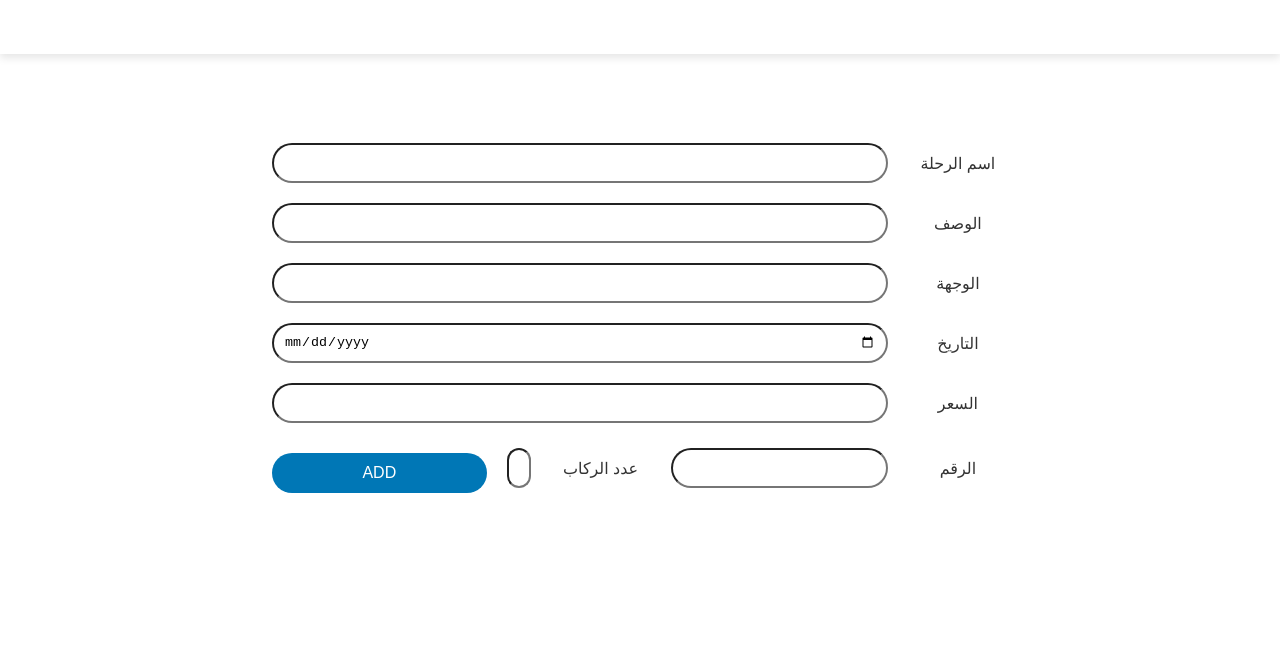
Repository: Yassin-Boushi/Safer
Page: http://localhost/add_flight
The author's editor kept a copy of each file at every save. The page is drawn from the files as they stood at one save, then again after the next save.
The browser window is 1280 px wide. The pictures show the whole page.
The page is served by the project's Laravel application, run on PHP 8.4 with Laravel 9. Other server files are loaded and not shown.

Above is the page before, as saved 2025-01-30 14:38:49.

### routes/web.php
<?php

use App\Http\Controllers\AccountController;
use App\Http\Controllers\FlightController;
use App\Http\Controllers\TicketController;
use Illuminate\Support\Facades\Route;

/*
|--------------------------------------------------------------------------
| Web Routes
|--------------------------------------------------------------------------
|
| Here is where you can register web routes for your application. These
| routes are loaded by the RouteServiceProvider within a group which
| contains the "web" middleware group. Now create something great!
|
*/

Route::get('/', function () {
    return redirect('flights');
});

Route::view('login', 'login');
Route::view('add_flight', 'flight.add');
Route::view('main', 'main');
Route::view('we', 'we');

////////////////////////// account
Route::post('account/login', [AccountController::class, 'login']);
Route::get('account/logout', [AccountController::class, 'logout']);

////////////////////////////// flight
Route::resource('flights', FlightController::class);
Route::get('flight/edit/{id}', [FlightController::class, 'edit']);
Route::post('flight/update/{id}', [FlightController::class, 'update']);
Route::get('flight/destroy/{id}', [FlightController::class, 'destroy']);


////////////////////////////// ticket
Route::resource('tickets', TicketController::class);
Route::post('ticket/add/{flight_id}', [TicketController::class, 'store']);
Route::get('ticket/edit/{id}', [TicketController::class, 'edit']);
// Route::get('ticket/update/{id}', [TicketController::class, 'update']);
Route::get('ticket/destroy/{id}', [TicketController::class, 'destroy']);

### resources/views/flight/add.blade.php
<x-nav />
<main>
<div class="nav">
                <div>اضافة رحلة</div>
        </div>

            <form class="form-add"  action="flights" method="post" >
                @csrf
<div>
    <label for="name">اسم الرحلة</label>
    <input class="form-styling" type="text" name="name" placeholder="" />

</div>
<div>
    <label for="description">الوصف </label> <input class="form-styling" type="text"
        name="description" placeholder="" />

</div>
<div>
    <label for="desination">الوجهة </label> <input class="form-styling" type="text"
        name="desination" placeholder="" />

</div>
<div>
    <label for="date">التاريخ</label> <input class="form-styling" type="date"
        name="date" placeholder="" />

</div>
<div>
    <label for="price">
        السعر
    </label> <input class="" type="number" name="price" placeholder="" />

</div>
<div>
    <label for="number">
        الرقم
    </label> <input class="" type="number" name="number" placeholder="" />
<div>
    <label for="number">
        عدد الركاب
    </label> <input class="" type="number" name="all_rider_numbers" placeholder="" />

</div>

                <input type="submit" class="button  " value="ADD">

            </form>
</main>

### resources/views/components/nav.blade.php
<link rel="stylesheet" href="/css/flight.css">

            <nav class="navbar">
                    <ul >
                        <div class="titles">
                            <li><a href="/main">الرئيسية</a></li>
                            <li><a href="/flights">الرحلات</a></li>
                            @if (auth()->user() != null && auth()->user()->is_employee == 1)
                            <li><a href="/add_flight">اضافة رحلة</a></li>
                            @endif
                            <li><a href="/tickets">الحجوزات</a></li>
                            <li><a href="/we">من نحن</a></li>

                        </div>
                        @if (auth()->user() != null)
                        <div class="account">
                            <h4>{{auth()->user()->user_name}}</h4>
                            <li><a href="/account/logout" style="color:white ;font-size:20px">تسجيل الخروج</a></li>

                        </div>
                        @else
                        <li><a href="login" style="color:white ;font-size:20px">تسجيل الدخول</a></li>
                        @endif
                    </ul>

                </nav>

### public/css/flight.css

* {
    direction: rtl;
    margin: 0;
    padding: 0;
    box-sizing: border-box;
}

body {
    font-family: 'Cairo', sans-serif;
    display: flex;
    flex-direction: column;
    min-height: 100vh;
    margin: 0;
    background-image: url("/image/back.jpg");
    background-size: cover;
    color: #fff;
    text-align: center;
}

/* الشريط العلوي */
.navbar {
    backdrop-filter: blur(80px);
    padding: 15px 0;
    box-shadow: 0 4px 8px rgba(0, 0, 0, 0.1);
}

.navbar ul {
    list-style: none;
    margin: 0;
    padding: 0 30px;
    display: flex;
    justify-content: space-between;
    gap: 20px;


}
.navbar ul .titles , .navbar ul .account{
    display: flex;
    align-items: center;
    justify-content: start;
    gap: 20px;
}
.navbar ul .account{
    justify-content: end;
}

.navbar a {
    text-decoration: none;
    color: #fff;
    font-weight: bold;
    padding: 10px 20px;
    border-radius: 20px;
    transition: all 0.3s ease-in-out;
}

.navbar a:hover {
    background: rgba(255, 255, 255, 0.2);
    box-shadow: 0 5px 15px rgba(0, 0, 0, 0.2);
    transform: scale(1.1);
}

main {
    flex: 1;
    padding: 20px;
    display: flex;
    flex-direction: column;
    align-items: center;
    gap: 20px;
}

.flights-list {
    display: flex;
    justify-content: center;
    align-items: center;
    gap: 20px;
    width: calc(100vw - 80px);
    padding: 20px;
    margin: 20px;
    background-color: rgba(0, 0, 0, 0.2);
}

.flight {
    background-color: #0077b6;
    color: #fff;
    border-radius: 15px;
    padding: 15px;
    box-shadow: 0 4px 12px rgba(0, 0, 0, 0.2);
    cursor: pointer;
    transition: transform 0.3s, box-shadow 0.3s;
    text-align: center;
}

.flight h3 {
    font-size: 20px;
    margin-bottom: 10px;
}

.flight p {
    font-size: 16px;
}

.flight:hover {
    transform: scale(1.1);
}





.content {
    display: flex;
    flex-direction: column;
    gap: 10px;
    background-color: #fff;
    color: #333;
    padding: 20px;
    border-radius: 15px;
    text-align: center;
    max-width: 300px;
}

.content .details{
    display: flex !important;
    align-items: center;
    justify-content: start;
    gap:30px;
}
.content .details .price{
    color: #0077b6;
    font-weight: bold;
}
.content .details div:first-child{
    min-width: 100px;
}


.form-add{
    background-color: white;
    color: #333;
    display: flex;
    flex-direction: column;
    justify-content: center;
    min-height: 300px;
    padding: 30px;
    border-radius: 40px ;
    gap: 20px;
    width: fit-content;
}
.form-add div{
    display: flex;
    justify-content: start;
    align-items: center;
    gap: 20px;
}
.form-add label{
    min-width: 100px;
}
.form-add input{
    height: 40px;
    border-radius: 30px;
    padding: 0 10px;
    width: 100%;
}
.actions-button{
    height: 50px;
    display: flex;
    justify-content: center;
    align-items: center;
    gap: 10px;
    width: 100%;
}
.button {
    margin-top: 10px;
    padding: 12px 20px;
    background: #0077b6;
    color: #fff;
    text-decoration: none;
    border: none;
    border-radius: 25px;
    cursor: pointer;
    font-size: 16px;
    transition: all 0.3s ease-in-out;
}

.button.edit{
    background-color: rgb(225, 100, 22);
}
.button.delete{
    background-color: rgb(225, 22, 22);
}

button:hover {
    background: #005f8d;
    transform: scale(1.05);
}

After the next save:
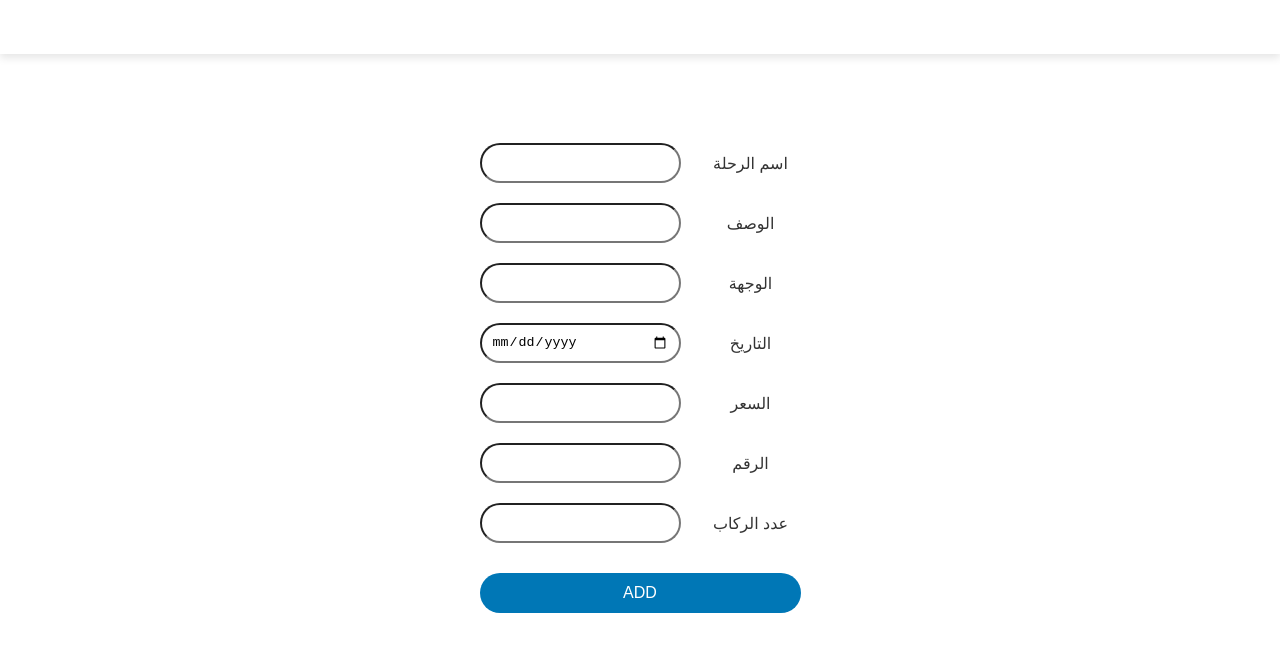
Saved 47 s later.
--- a/resources/views/flight/add.blade.php
+++ b/resources/views/flight/add.blade.php
@@ -36,9 +36,11 @@
     <label for="number">
         الرقم
     </label> <input class="" type="number" name="number" placeholder="" />
+
+</div>
 <div>
     <label for="number">
-        عدد الركاب
+    عدد الركاب
     </label> <input class="" type="number" name="all_rider_numbers" placeholder="" />
 
 </div>
